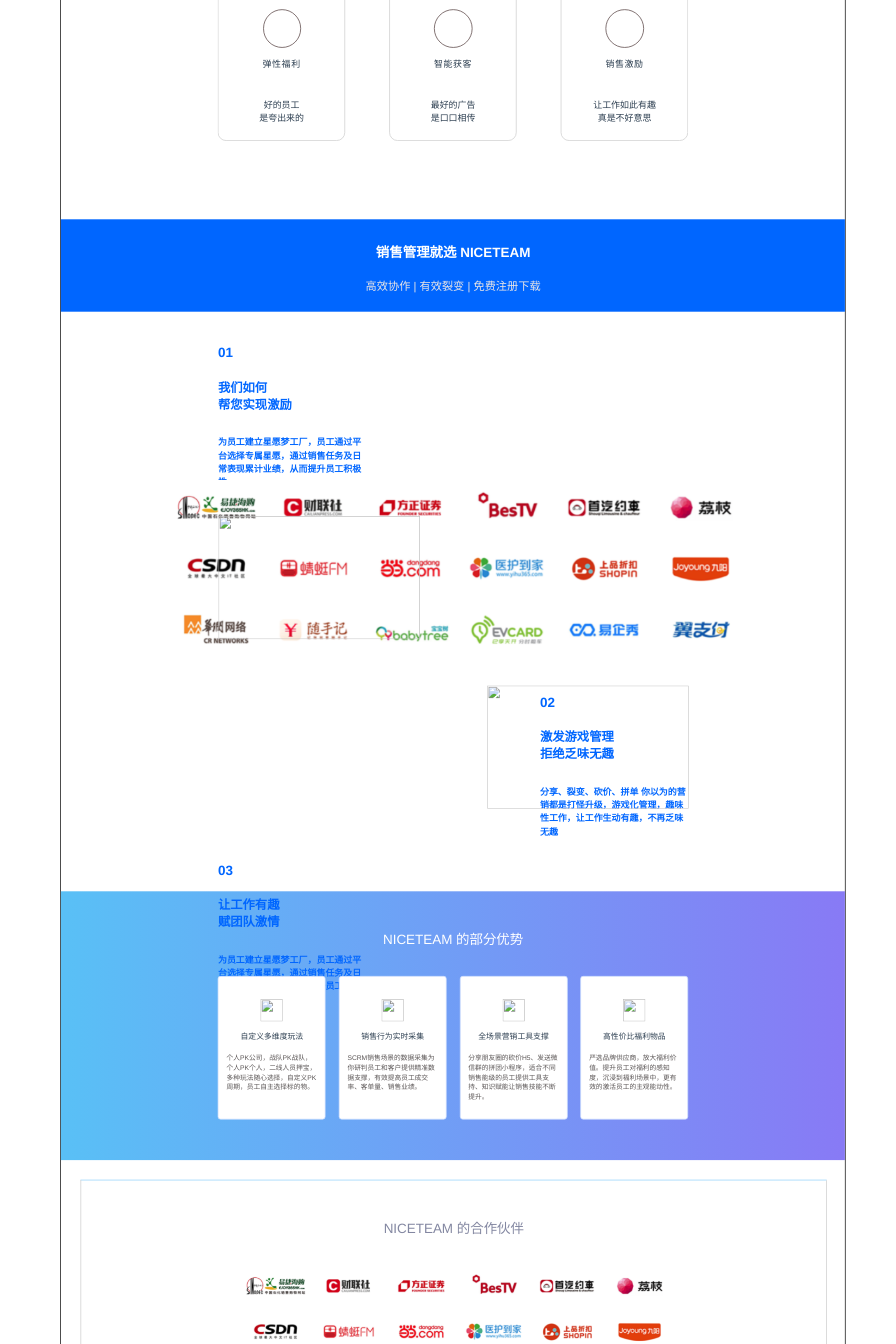
Repository: Alex-2020-0211/xrkj-guanwang
Page: / (app in src/)
The author's editor kept a copy of each file at every save. The page is drawn from the files as they stood at one save, then again after the next save.
The browser window is 1280 px wide. The pictures show the part of the page from y = 575 to 2495 px (the page is 3028 px tall), at 70% of full size.
The project was rebuilt for these pictures with package versions that can differ from the ones it lists, and the page was loaded fresh each time. Imported but missing from the stored project, and not drawn on this page: src/src/views/About.vue.

Above is the page before, as saved 2021-01-04 13:46:43.

After the next save:
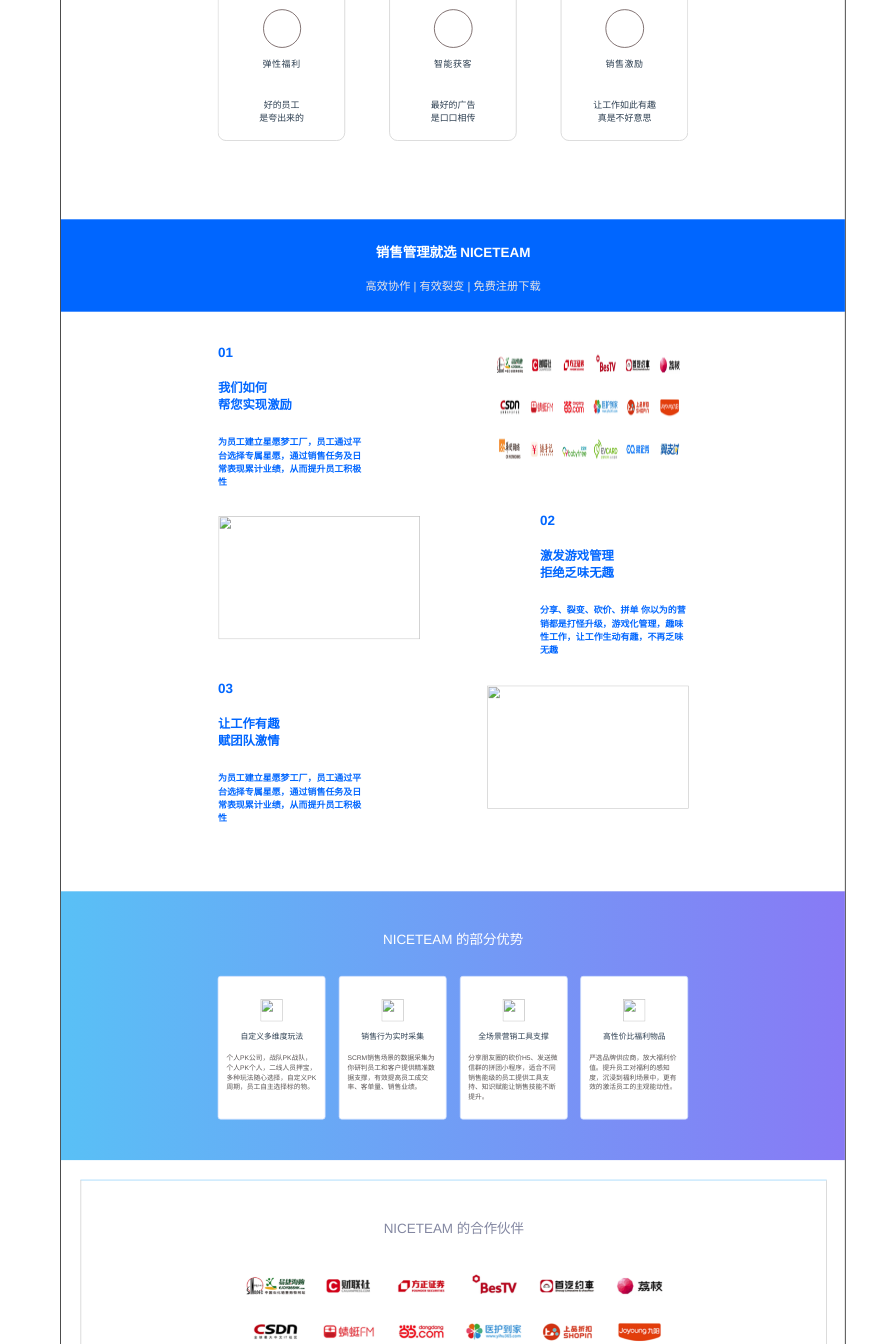
Saved 4 min 35 s later.
--- a/src/src/views/Home.vue
+++ b/src/src/views/Home.vue
@@ -55,7 +55,7 @@
             为员工建立星愿梦工厂，员工通过平台选择专属星愿，通过销售任务及日常表现累计业绩，从而提升员工积极性
           </p>
         </div>
-        <el-image :src="url" lazy></el-image>
+        <el-image class="img" :src="url" lazy></el-image>
         <div class="means">
           <span class="sort" style="margin-left: 5.75rem;">02</span>
           <p style="margin-left: 5.75rem; width:2rem;">激发游戏管理</p>
